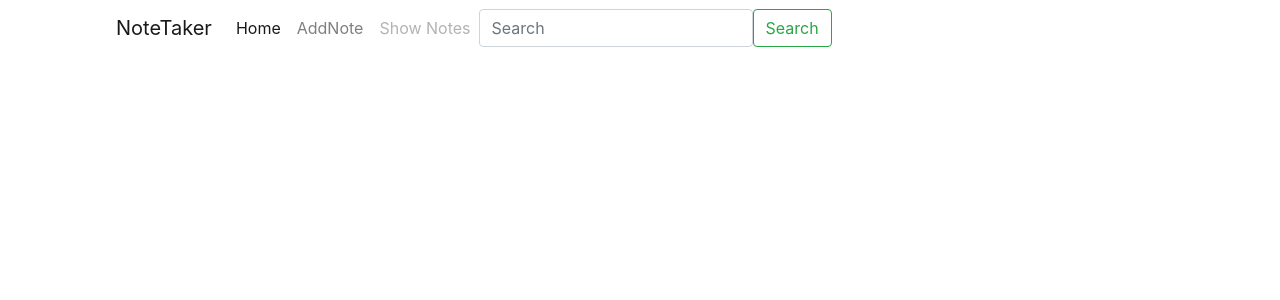
Repository: Mayank-SDE/Projects
Page: http://localhost/NoteTakerTodoApp/
The author's editor kept a copy of each file at every save. The page is drawn from the files as they stood at one save, then again after the next save.
The browser window is 1280 px wide. The pictures show the whole page.
Some web libraries are served in a nearby version. The page is served by Tomcat 9.

Above is the page before, as saved 2022-02-10 15:23:02.

After the next save:
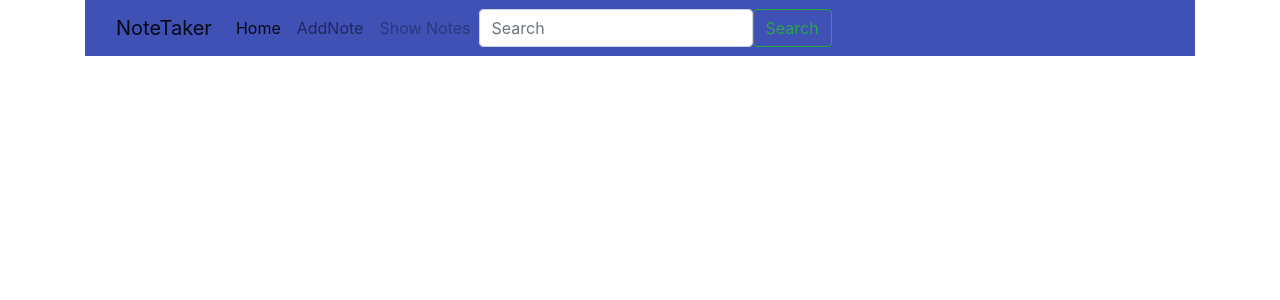
Saved 28 s later.
--- a/NoteTaker/NoteTakerTodoApp/src/main/webapp/css/style.css
+++ b/NoteTaker/NoteTakerTodoApp/src/main/webapp/css/style.css
@@ -1,5 +1,5 @@
 
 .purple
 {
-	bacckground:#3f51b5;
+	background:#3f51b5;
 }
